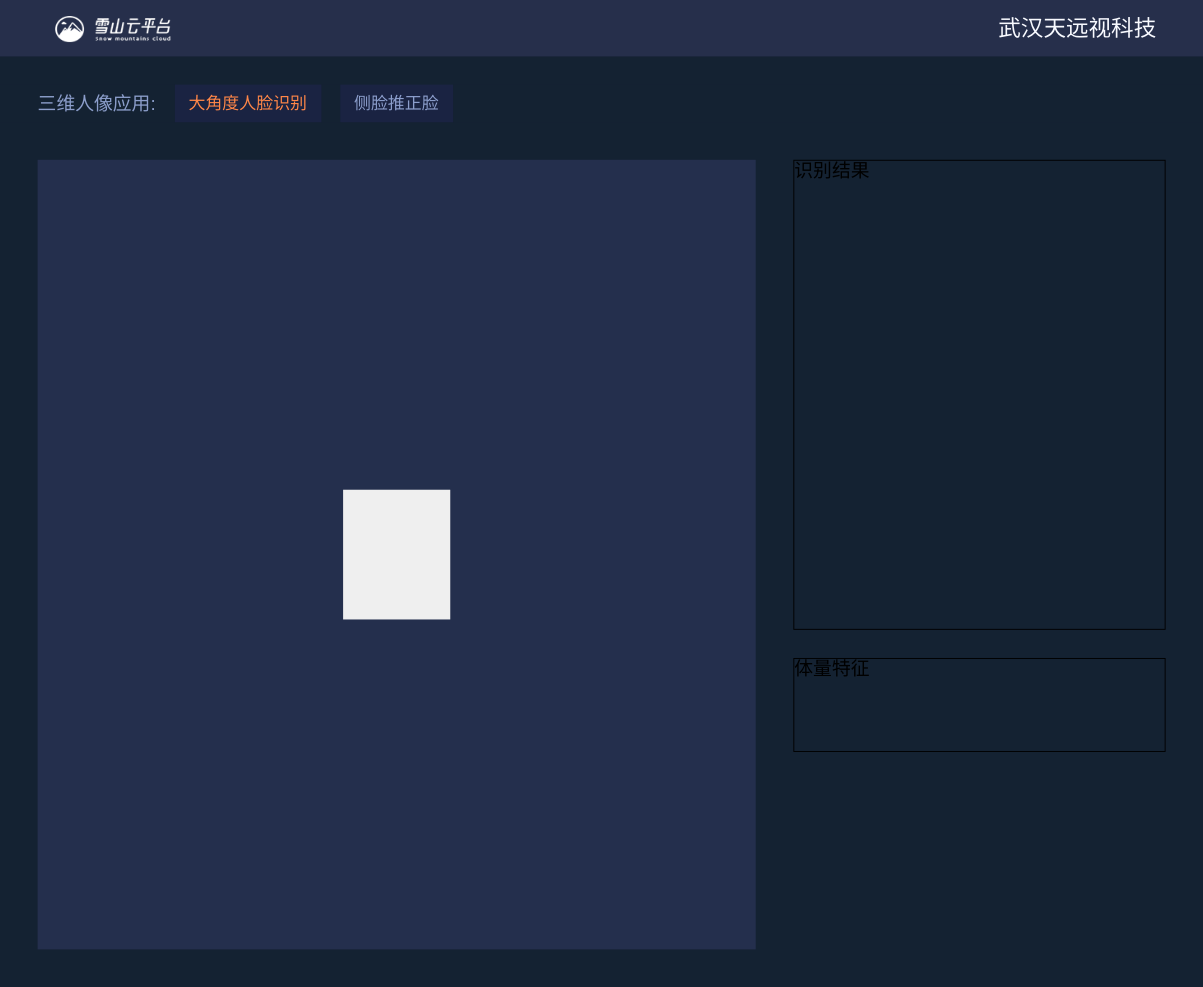
Repository: fyt2020/pubilcDemlo
Page: /
These files come from the project's save history. The page is drawn as it stood at one moment and after the next save; the edit follows.
The browser window is 1280 px wide. The pictures show the whole page, at 94% of full size.
The project was rebuilt for these pictures with package versions that can differ from the ones it lists, and the page was loaded fresh each time.

Above is the page before, as saved 2020-04-28 11:06:15.

After the next save:
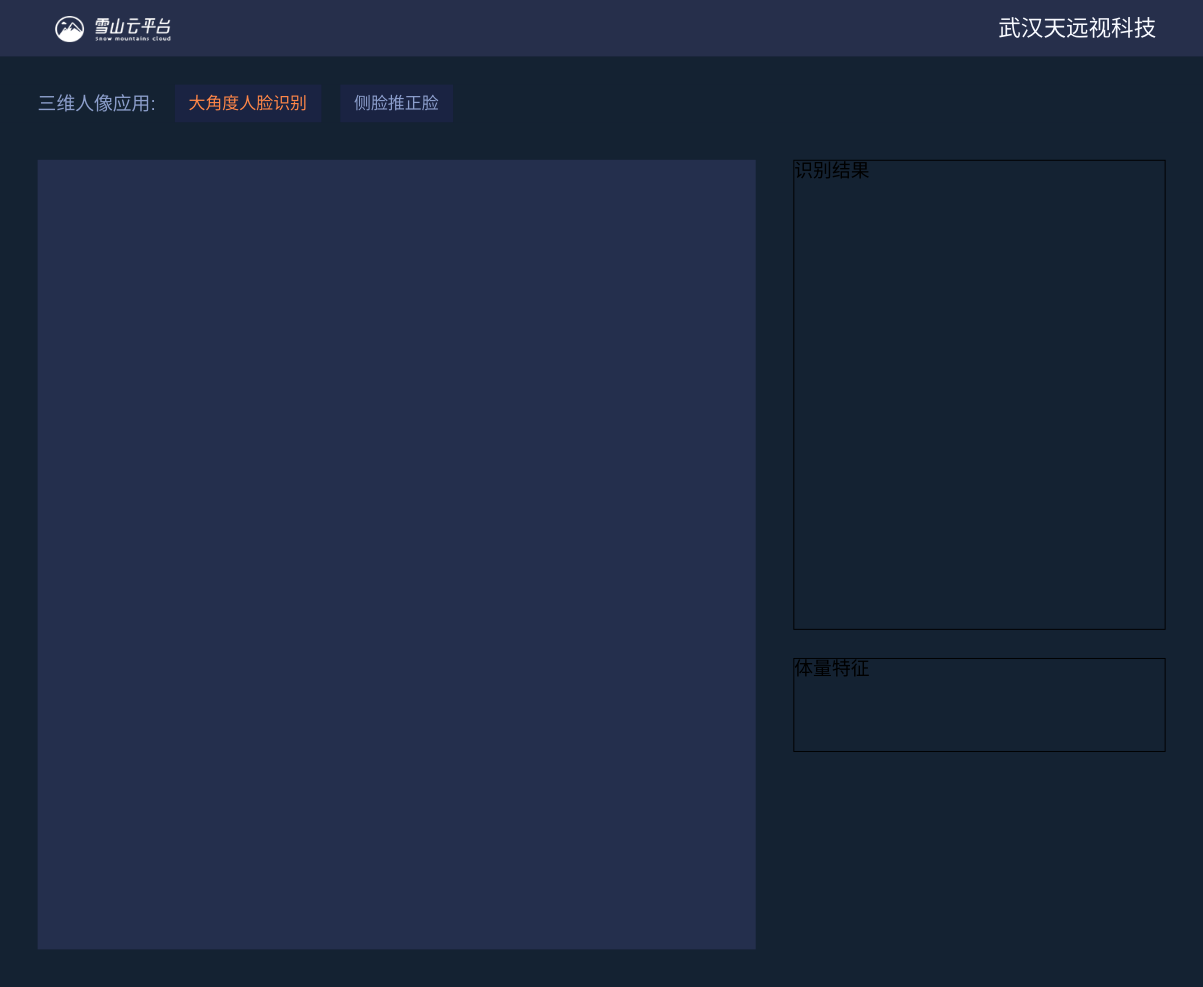
Saved 21 s later.
--- a/src/assets/css/bigAngle.scss
+++ b/src/assets/css/bigAngle.scss
@@ -34,6 +34,7 @@
                  position: absolute;
                  outline: none;
                  border: none;
+                 background: transparent;
                 //  border-style: solid;
                 //  border-width: 2px;
                 //  border-image-source: linear-gradient(0deg,#1a5fff 0%, #5f8ffd 100%);
